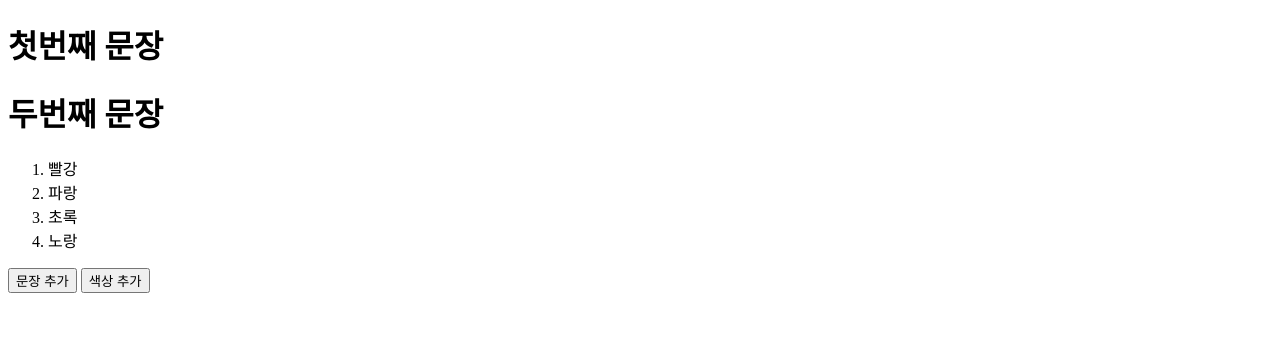
Repository: cdj6995/Web
Page: Lecture-Web/src/main/webapp/jquery/exam04.html
These files come from the project's save history. The page is drawn as it stood at one moment and after the next save; the edit follows.
The browser window is 1280 px wide. The pictures show the whole page.
After loading, the first visible `#btn02` was clicked once.

Above is the page before, as saved 2022-05-30 08:00:37.

### Lecture-Web/src/main/webapp/jquery/exam04.html
<!DOCTYPE html>
<html>
<head>
	<meta charset="UTF-8">
	<title>exam04</title>
	<script src="https://code.jquery.com/jquery-3.6.0.js"></script>
	<script>
		$(document).ready(function(){

			$('#btn01').click(function(){
				/*
				let h1Tag = document.createElement('h1')
				let text = document.createTextNode("세번째 문장")
				h1Tag.appendChild(text)
				document.querySelector('div').appendChild(h1Tag)
				*/
				$('div').append('<h1>세번째 문장</h1>')

			})

			$('#btn02').click(function(){
				$('ol').append('<li>노랑</li>')
			})
		})
	</script>
</head>
<body>
	<div>
		<h1>첫번째 문장</h1>
		<h1>두번째 문장</h1>
	</div>
	<ol>
		<li>빨강</li>
		<li>파랑</li>
		<li>초록</li>
	</ol>
	<button id="btn01">문장 추가</button>
	<button id="btn02">색상 추가</button>

</body>
</html>

After the next save:
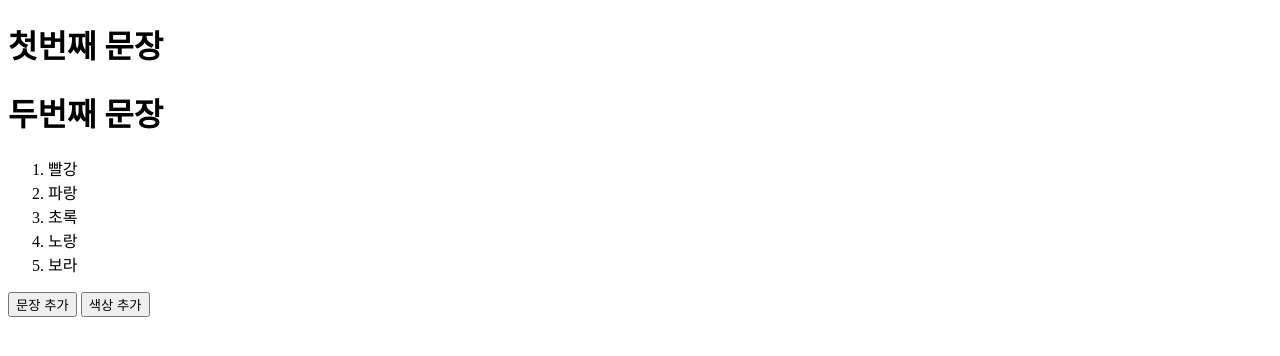
Saved 60 s later.
--- a/Lecture-Web/src/main/webapp/jquery/exam04.html
+++ b/Lecture-Web/src/main/webapp/jquery/exam04.html
@@ -19,7 +19,7 @@
 			})
 
 			$('#btn02').click(function(){
-				$('ol').append('<li>노랑</li>')
+				$('ol').append('<li>노랑</li>', '<li>보라</li>')
 			})
 		})
 	</script>
